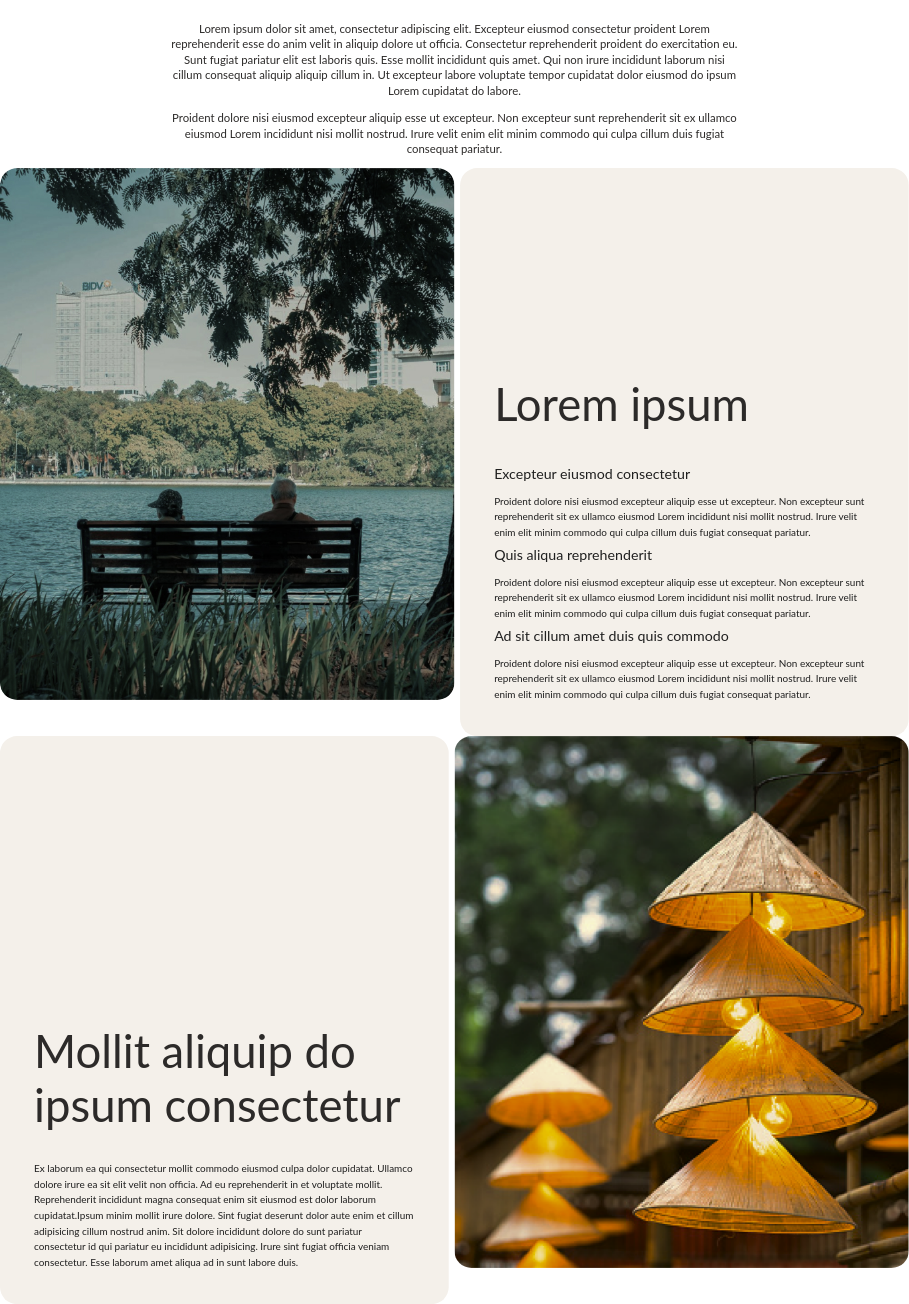
Repository: PhamNguyen2608/WGT-test
Page: index.html
These files come from the project's save history. The page is drawn as it stood at one moment and after the next save; the edit follows.
The browser window is 1280 px wide. The pictures show the part of the page from y = 735 to 2572 px (the page is 2572 px tall), at 71% of full size.
A picture or video elsewhere on the page could not be fetched, so the positions and the page height are approximate.

Above is the page before, as saved 2024-11-12 15:32:36.

### index.html
<!DOCTYPE html>
<html lang="en">
<head>
    <meta charset="UTF-8">
    <meta name="viewport" content="width=device-width, initial-scale=1.0">
    <title>Test</title>
    <link rel="stylesheet" href="asset/css/style.css">
</head>
<body>
    <div id="app"></div>
    <script type="module" src="src/js/main.js"></script>
</body>
</html>

### asset/css/style.css
/* Global styles */
@import './global/reset.css';
@import './global/variables.css';
@import './global/typography.css';
@import './global/breakpoints.css';

/* Component styles */
@import './components/header.css';
@import './components/hero-section.css';
@import './components/content-section.css';

/* Responsive styles */
@import './responsive/layout.css';
@import './responsive/hero-section.css';
@import './responsive/content-section.css';

### src/js/main.js
import App from './app.js';

document.addEventListener('DOMContentLoaded', () => {
    const rootElement = document.getElementById('app');
    const app = new App(rootElement);
    app.render();
});

### asset/css/global/reset.css
/* Reset CSS */
* {
    margin: 0;
    box-sizing: border-box;
}

body {
    font-family: var(--font-family-sans);
}

### asset/css/global/variables.css
:root {
    /* Màu sắc */
    --color-primary: #2C2A29;
    --color-secondary: #1F1F1F;
    --color-background: #ffffff;
    --color-background-secondary: #F4F0EA;
    /* Font chữ */
    --font-family-serif: 'Georgia', serif;
    --font-family-sans: 'Lato', sans-serif;
    /* Font weight */
    --font-weight-regular: 400;
    --font-weight-medium: 500;
    --font-weight-bold: 700;

    /* Cỡ chữ */
    --font-size-12: 12px;
    --font-size-14: 14px;
    --font-size-16: 16px;
    --font-size-20: 20px;
    --font-size-24: 24px;
    --font-size-40: 40px;
    --font-size-64: 64px;
    /* Line height */
    --line-height-1-4: 1.4;
    --line-height-1-6: 1.6;
    --line-height-2-0: 2;
    --line-height-22: 22px;

    /* Khoảng cách */
    --spacing-small: 8px;
    --spacing-medium: 16px;
    --spacing-x-medium: 40px;
    --spacing-large: 32px;
    --spacing-x-large: 49px;
    --spacing-xx-large: 80px;
}

### asset/css/global/typography.css
/* Font weight */
.text-regular {
    font-weight: var(--font-weight-regular);
}
.text-medium {
    font-weight: var(--font-weight-medium);
}
.text-bold {
    font-weight: var(--font-weight-bold);
}
.text-extra-bold {
    font-weight: var(--font-weight-extra-bold);
}
/* Font size */
.fz-12 {
    font-size: var(--font-size-12);
}
.fz-14 {
    font-size: var(--font-size-14);
}
.fz-16 {
    font-size: var(--font-size-16);
}
.fz-20 {
    font-size: var(--font-size-20);
}
.fz-24 {
    font-size: var(--font-size-24);
}
.fz-40 {
    font-size: var(--font-size-40);
}
.fz-64 {
    font-size: var(--font-size-64);
}
/* Line height */
.line-1-4 {
    line-height: var(--line-height-1-4);
}
.line-1-6 {
    line-height: var(--line-height-1-6);
}

/* Text color */
.text-primary {
    color: var(--color-primary);
}
.text-secondary {
    color: var(--color-secondary);
}
.text-accent {
    color: var(--color-accent);
}

### asset/css/global/breakpoints.css
:root {
  --breakpoint-mobile: 768px;
  --breakpoint-tablet: 768px;
  --breakpoint-desktop: 1024px;
  --breakpoint-large: 1440px;
}

/* Media Query Mixins */
@custom-media --mobile (min-width: 768px);
@custom-media --tablet (min-width: 768px);
@custom-media --desktop (min-width: 1024px);
@custom-media --large (min-width: 1440px);

### asset/css/components/header.css
.header {
    color: var(--color-primary);
    text-align: center;
    background-color: var(--color-background);
    font-size: var(--font-size-40);
    font-weight: var(--font-weight-regular);
}

.header__title {
    font-size: var(--font-size-40);
    font-weight: var(--font-weight-regular);
    color: var(--color-primary);
    margin-bottom: var(--spacing-x-large);

}

### asset/css/components/hero-section.css
.hero-section {
    text-align: center;
}

.hero-title {
    font-size: var(--font-size-40);
    font-weight: var(--font-weight-regular);
    margin-bottom: var(--spacing-medium);
}

.hero-images {
    display: flex;
    justify-content: center;
    gap: var(--spacing-medium);
    margin-bottom: var(--spacing-x-large);
}

.hero-images img {
    border-radius: 16px;
    width: auto;
    height: auto;
}

.hero-content {
    max-width: 800px;
    margin: 0 auto;
    font-size: var(--font-size-16);
    font-weight: var(--font-weight-regular);
    line-height: 22px;
    color: var(--color-primary);
    text-align: center;
    white-space: pre-wrap;
    margin-block-start: var(--spacing-large);
}

.hero-content p {
    margin-bottom: var(--spacing-medium);
}

### asset/css/components/content-section.css
.content-section {
    width: 100%;
    max-width: 1368px;
    height: auto;
    min-height: 800px;
    display: flex;
    flex-direction: row;
    background-color: var(--color-background);
    border-radius: 12px;
    overflow: hidden;
    gap: var(--spacing-small);
    margin: 0 auto;
}

.content-section.reverse {
    flex-direction: row-reverse;
}

.content-image {
    width: 50%;
    height: 100%;
    object-fit: cover;
    border-radius: 24px;
}

.content-text {
    width: 50%;
    padding: 48px;
    display: flex;
    flex-direction: column;
    background-color: var(--color-background-secondary);
    justify-content: flex-end;
    border-radius: 24px;
}

.content-title {
    font-size: var(--font-size-64);
    font-weight: var(--font-weight-regular);
    color: var(--color-primary);
    margin-bottom: var(--spacing-x-medium);
}

.content-subtitle {
    font-size: var(--font-size-20);
    font-weight: var(--font-weight-regular);
    line-height: var(--line-height-2-0);
    color: var(--color-secondary);
    margin-bottom: var(--spacing-small);
}

.content-description {
    font-size: var(--font-size-14);
    font-weight: var(--font-weight-regular);
    line-height: var(--line-height-22);
    color: var(--color-secondary);
}

### asset/css/responsive/layout.css
@media (max-width: 768px) {
  .landing-page {
    width: 100%;
    padding: var(--spacing-medium);
  }

  .content-sections-container {
    gap: var(--spacing-large);
  }
}

### asset/css/responsive/hero-section.css
@media (max-width: 768px) {
  .hero-images {
    flex-direction: column;
    gap: var(--spacing-medium);
  }

  .hero-images img {
    width: 100%;
    max-width: 400px;
  }

  .hero-content {
    max-width: 400px;
    padding: 0 var(--spacing-medium);
  }
}

### asset/css/responsive/content-section.css
@media (max-width: 768px) {
  .content-section {
    width: 100%;
    max-width: 400px;
    height: auto;
    flex-direction: column;
    gap: var(--spacing-medium);
  }

  .content-section.reverse {
    flex-direction: column;
  }

  .content-image {
    width: 100%;
    height: 400px;
  }

  .content-text {
    width: 100%;
    padding: var(--spacing-medium);
  }

  .content-title {
    font-size: var(--font-size-40);
    margin-bottom: var(--spacing-medium);
  }

  .content-subtitle {
    font-size: var(--font-size-16);
  }
}

### src/js/app.js
import Router from './router.js';
import LandingPage from '../pages/LandingPage.js';


export default class App {
    constructor(rootElement, routes, components) {
        this.rootElement = rootElement;
        this.routes = routes;
        this.components = components;
        this.router = new Router();
        console.log('App initialized');
    }

    setupRouter(){
        this.router.registerRoute("/", () => new LandingPage().render());
        this.router.listen(this.rootElement);
    }
    render(){
        this.setupRouter();
    }
}

### src/js/router.js
export default class Router {
    constructor() {
        this.routes = {};
    }

    registerRoute(path, callback) {
        this.routes[path] = callback;
    }

    async handleRouteChange(rootElement) {
        const path = window.location.hash.slice(1) || '/';
        const renderCallback = this.routes[path];

        if (renderCallback) {
            rootElement.innerHTML = '';
            try {
                const content = await renderCallback();
                if (content instanceof Node) {
                    rootElement.appendChild(content);
                } else {
                    throw new Error('Render callback did not return a Node');
                }
            } catch (error) {
                console.error('Error rendering route:', error);
                rootElement.innerHTML = '<h1>Failed to load route content</h1>';
            }
        } else {
            rootElement.innerHTML = '<h1>404 - Page Not Found</h1>';
        }
    }

    listen(rootElement) {
        window.addEventListener('hashchange', () => this.handleRouteChange(rootElement));
        this.handleRouteChange(rootElement);
    }
}

### src/pages/LandingPage.js
import Header from '../components/Header.js';
import HeroSection from '../components/HeroSection.js';
import ContentSection from '../components/ContentSection.js';
import GetDataService from '../services/getDataService.js';

export default class LandingPage {
    constructor() {
        this.getDataService = new GetDataService();
    }

    async render() {
        const container = document.createElement('div');
        container.className = 'landing-page';

        try {
            const pageData = await this.getDataService.getData();
            const page = pageData.page;

            // Header Section
            const headerSection = document.createElement('div');
            headerSection.className = 'header-section';
            const header = new Header({ title: page.header.title });
            headerSection.appendChild(header.render());
            container.appendChild(headerSection);

            // Hero Section
            const heroWrapper = document.createElement('div');
            heroWrapper.className = 'hero-wrapper';
            const heroSection = new HeroSection({
                images: page.heroSection.images,
                content: page.heroSection.content,
            });
            heroWrapper.appendChild(heroSection.render());
            container.appendChild(heroWrapper);

            // Content Sections Container
            const contentSectionsContainer = document.createElement('div');
            contentSectionsContainer.className = 'content-sections-container';

            if (Array.isArray(page.contentSections)) {
                page.contentSections.forEach((sectionData, index) => {
                    const contentSection = new ContentSection({
                        image: sectionData.image,
                        text: sectionData.text,
                        reverse: index % 2 === 1,
                    });
                    contentSectionsContainer.appendChild(contentSection.render());
                });
            }

            container.appendChild(contentSectionsContainer);
        } catch (error) {
            console.error('Error rendering LandingPage:', error);
            container.textContent = 'Failed to load content.';
        }

        return container;
    }
}

### src/components/Header.js
export default class Header {
    constructor({ title }) {
        this.title = title;
    }

    render() {
        const header = document.createElement('header');
        header.className = 'header';

        const h1 = document.createElement('h1');
        h1.className = 'header__title';
        h1.textContent = this.title;

        header.appendChild(h1);

        return header;
    }
}

### src/components/HeroSection.js
// HeroSection.js

export default class HeroSection {
  constructor(props = {}) {
    const { title, images, content, events = {} } = props;
    this.props = { title, images, content };
    this.events = events;
  }

  createElement(tag, className = "", textContent = "", attributes = {}) {
    const element = document.createElement(tag);
    if (className) element.className = className;
    if (textContent) element.textContent = textContent;

    Object.entries(attributes).forEach(([key, value]) => {
      element.setAttribute(key, value);
    });

    return element;
  }

  createImageContainer(images) {
    const container = this.createElement("div", "hero-images");
    if (Array.isArray(images)) {
      images.forEach(({ src, alt }) => {
        const img = this.createElement("img", "", "", {
          src,
          alt: alt || "Image",
        });
        container.appendChild(img);
      });
    } else {
      console.warn('HeroSection: "images" is not an array', images);
      container.textContent = "No images available";
    }
    return container;
  }


  createContent(content) {
    const contentContainer = this.createElement("div", "hero-content");

    if (typeof content === "string") {
      const paragraphs = content.split('\n').filter(paragraph => paragraph.trim() !== '');

      paragraphs.forEach(paragraph => {
        const p = this.createElement("p", "hero-paragraph", paragraph.trim());
        contentContainer.appendChild(p);
      });
    } else {
      console.warn('HeroSection: "content" is not a string', content);
      contentContainer.textContent = "No content available";
    }

    return contentContainer;
  }

  render() {
    const { title, images, content } = this.props;

    const section = this.createElement("section", "hero-section");

    if (title) {
      const titleElement = this.createElement("h1", "hero-title", title);
      section.appendChild(titleElement);
    }

    const imageContainer = this.createImageContainer(images);
    section.appendChild(imageContainer);

    if (content) {
      const contentElement = this.createContent(content);
      section.appendChild(contentElement);
    } else {
      const placeholder = this.createElement(
        "p",
        "hero-content-placeholder",
        "No content available"
      );
      section.appendChild(placeholder);
    }

    return section;
  }
}

### src/components/ContentSection.js
export default class ContentSection {
    constructor({ image, text, reverse = false }) {
        this.image = image;
        this.text = text;
        this.reverse = reverse;
    }

    render() {
        const section = document.createElement('div');
        section.className = 'content-section';
        if (this.reverse) {
            section.classList.add('reverse');
        }

        const imageElement = document.createElement('img');
        imageElement.src = this.image.src;
        imageElement.alt = this.image.alt || 'Content Image';
        imageElement.className = 'content-image';

        const textContainer = document.createElement('div');
        textContainer.className = 'content-text';

        const titleElement = document.createElement('h2');
        titleElement.className = 'content-title';
        titleElement.textContent = this.text.title;

        textContainer.appendChild(titleElement);

        if (Array.isArray(this.text.subsections)) {
            this.text.subsections.forEach((subsection) => {
                const subtitleElement = document.createElement('h3');
                subtitleElement.className = 'content-subtitle';
                subtitleElement.textContent = subsection.subtitle;

                const contentElement = document.createElement('p');
                contentElement.className = 'content-description';
                contentElement.textContent = subsection.content;

                textContainer.appendChild(subtitleElement);
                textContainer.appendChild(contentElement);
            });
        } else if (this.text.content) {
            const contentElement = document.createElement('p');
            contentElement.className = 'content-description';
            contentElement.textContent = this.text.content;
            textContainer.appendChild(contentElement);
        }

        section.appendChild(imageElement);
        section.appendChild(textContainer);

        return section;
    }
}

### src/services/getDataService.js
export default class GetDataService {
    async getData() {
        try {
            const response = await fetch('src/data/data.json');
            if (!response.ok) {
                throw new Error('Failed to fetch data');
            }
            const data = await response.json();
            console.log(data)

            return data;
        } catch (error) {
            console.error('Error fetching data:', error);
            throw error;
        }
    }
}

Loaded but not shown: src/data/data.json (55 lines, source omitted)

After the next save:
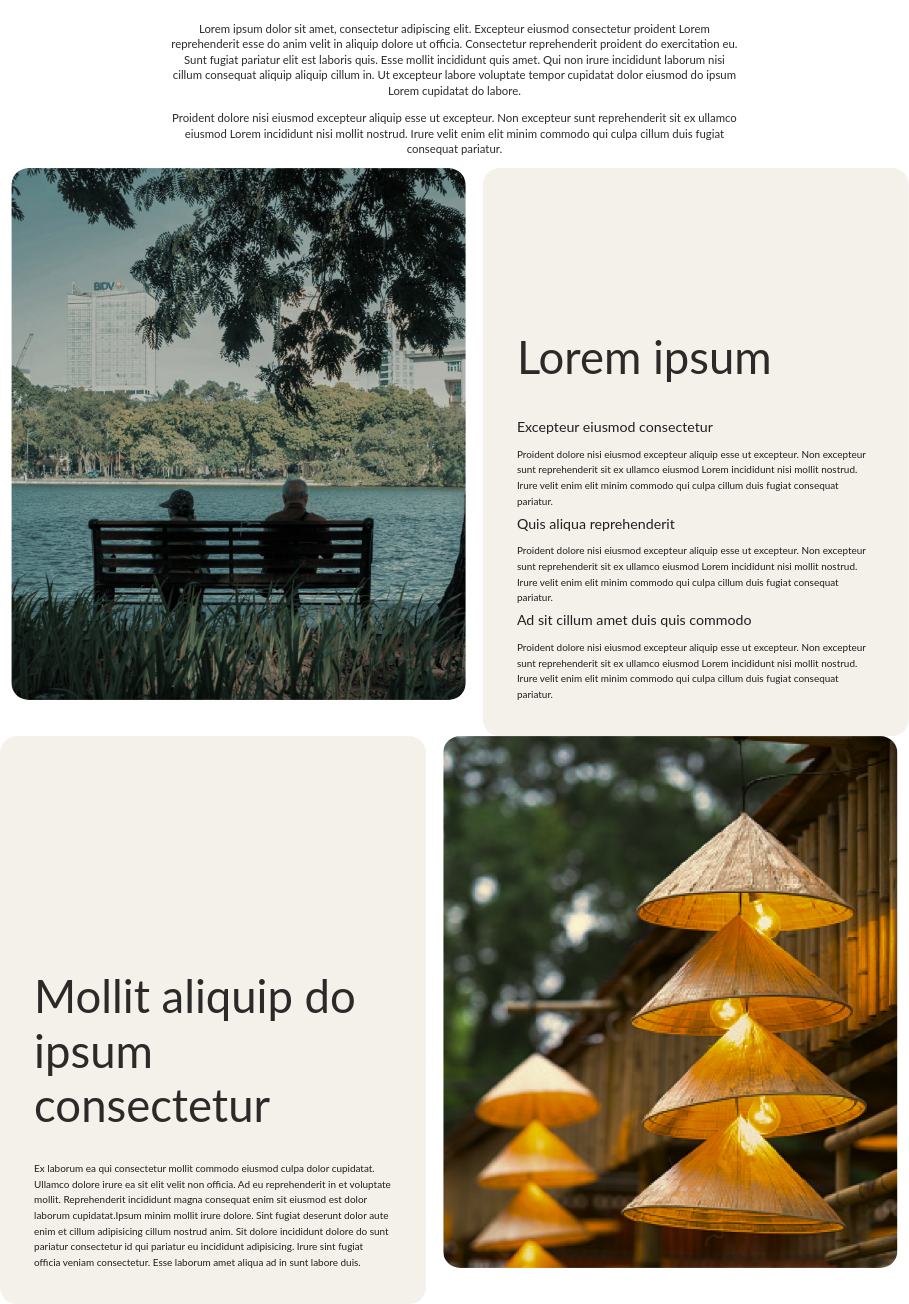
Saved 99 s later.
--- a/asset/css/components/content-section.css
+++ b/asset/css/components/content-section.css
@@ -21,6 +21,7 @@
     height: 100%;
     object-fit: cover;
     border-radius: 24px;
+    margin: 0 var(--spacing-medium);
 }
 
 .content-text {

After the save that followed:
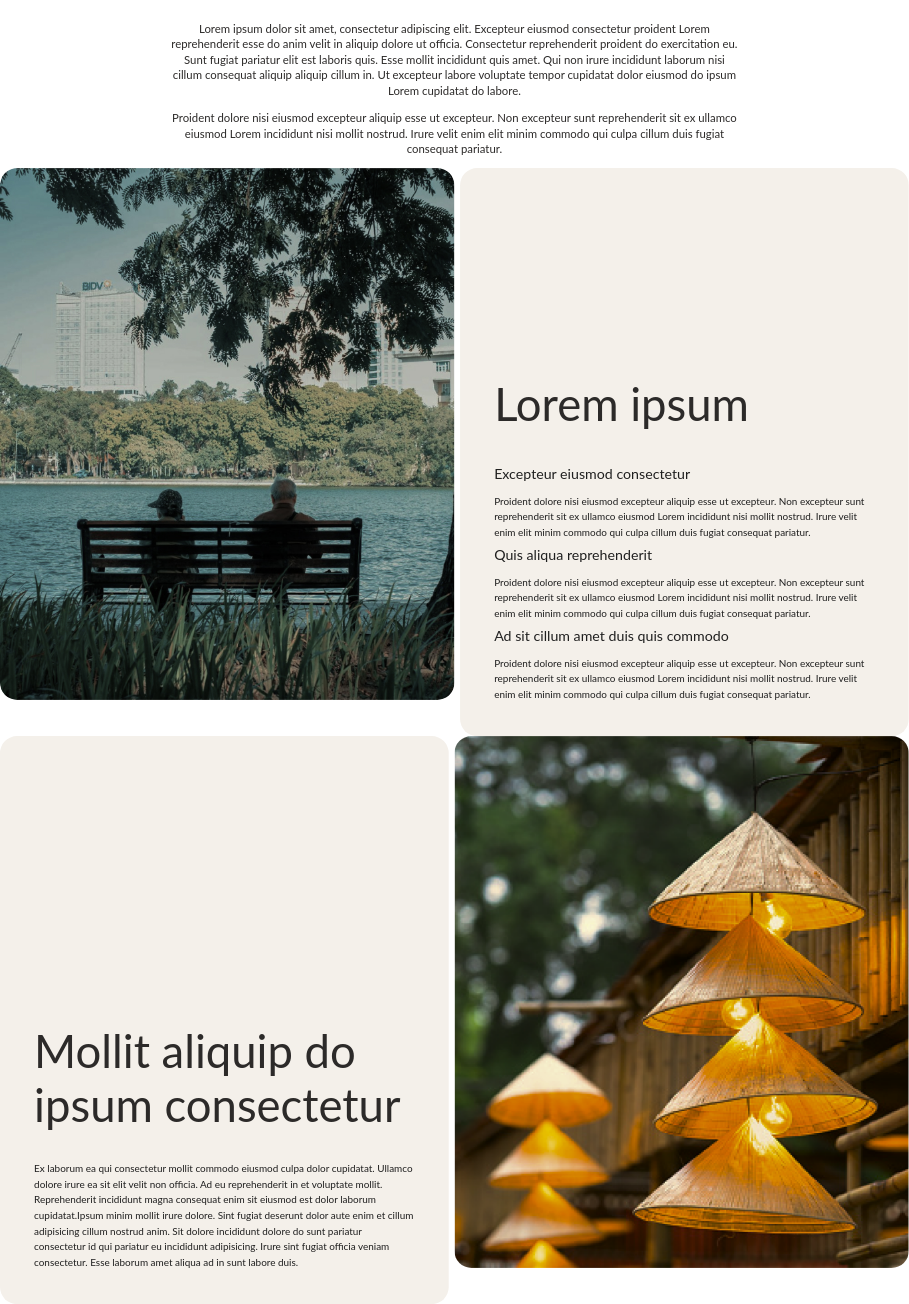
Saved 11 s later.
--- a/asset/css/components/content-section.css
+++ b/asset/css/components/content-section.css
@@ -21,7 +21,7 @@
     height: 100%;
     object-fit: cover;
     border-radius: 24px;
-    margin: 0 var(--spacing-medium);
+    margin:  var(--spacing-medium),0;
 }
 
 .content-text {
